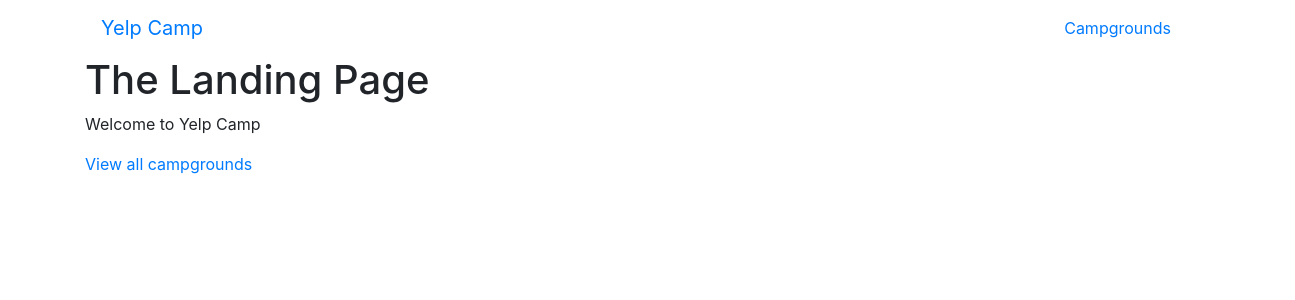
Repository: jbell0385/sandbox
Page: http://localhost/
The author's editor kept a record of every edit. The page is drawn from the files as they stood at one moment, then again after the next edit.
The browser window is 1280 px wide. The page is 1280 px wide, then 1295 px, so the pictures cover 1295 px, including what lies to the right of the window. The pictures show the whole page.
The page is served by the project's Node server (YelpCamp/v1/app.js).

Above is the page before.

### webdevbootcamp/workspace/YelpCamp/v1/views/landing.ejs
<%include partials/header%>


    <div class="row">
        <div class="col">
            <h1>The Landing Page</h1>

            <p>Welcome to Yelp Camp</p>

            <a href="/campgrounds">View all campgrounds</a>
        </div>
    </div>

<% include partials/footer %>

### webdevbootcamp/workspace/YelpCamp/v1/views/partials/header.ejs
<!DOCTYPE html>
<html>
    <head>
        <title>YelpCamp</title>
        <link rel="stylesheet" href="https://maxcdn.bootstrapcdn.com/bootstrap/4.0.0/css/bootstrap.min.css" integrity="sha384-Gn5384xqQ1aoWXA+058RXPxPg6fy4IWvTNh0E263XmFcJlSAwiGgFAW/dAiS6JXm" crossorigin="anonymous">
    </head>
    <body>
    <div class="container">
        <nav class="navbar navbar-expand-lg">
            <a class="navbar-brand" href="/">Yelp Camp</a>
            <button class="navbar-toggler" type="button" data-toggle="collapse" data-target="#navbarSupportContent" aria-controls="navbarSupportContent" aria-expanded = "false" aria-label="Toggle navigation">
                <span class="navbar-toggler-icon"></span>
            </button>
            <div class="collapse navbar-collapse">
                <ul class="navbar-nav ml-auto">
                    <li class="nav-item">
                        <a class="nav-link" href="/campgrounds">Campgrounds</a>
                    </li>
                </ul>
            </div>
        </nav>

### webdevbootcamp/workspace/YelpCamp/v1/views/partials/footer.ejs

    </body>
</html>

### webdevbootcamp/workspace/YelpCamp/v1/app.js
var express = require("express");
var app = express();
var bodyParser = require("body-parser");

app.use(bodyParser.urlencoded({extended:true}))
app.set('view engine',"ejs");


var campgrounds = [
        {name:"Salmon Creek", image:"http://haulihuvila.com/wp-content/uploads/2012/09/hauli-huvila-campgrounds-lg.jpg"},
        {name:"Big Bear",image:"http://www.chippewalanding.com/images/sized%20280/campgrounds-campsite.jpg"},
        {name:"Little Bear",image:"https://www.fs.usda.gov/Internet/FSE_MEDIA/stelprdb5306226.jpg"}
    ]

app.get("/",(req,res)=>{
    res.render("landing");
})

app.get("/campgrounds", (req,res)=>{

    res.render("campgrounds",{campgrounds:campgrounds});
})

app.post("/campgrounds", (req,res)=>{
    //get data from form and add to campgrounds array
    var name = req.body.name;
    var image = req.body.image;
    var newCampground = {name:name, image:image};
    campgrounds.push(newCampground);
    //redirect back to campgrounds page
    res.redirect("/campgrounds");
})

app.get("/campgrounds/new",(req,res)=>{
    res.render("new.ejs");
})

app.listen(process.env.PORT, process.env.IP, function(){
    console.log("Yelp Camp Server has started");
})

After the next edit:
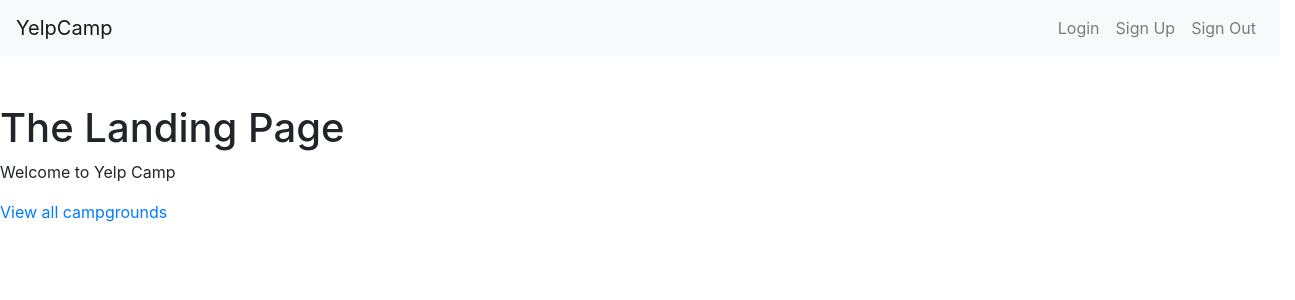
The edit:
--- a/webdevbootcamp/workspace/YelpCamp/v1/views/partials/header.ejs
+++ b/webdevbootcamp/workspace/YelpCamp/v1/views/partials/header.ejs
@@ -5,17 +5,22 @@
         <link rel="stylesheet" href="https://maxcdn.bootstrapcdn.com/bootstrap/4.0.0/css/bootstrap.min.css" integrity="sha384-Gn5384xqQ1aoWXA+058RXPxPg6fy4IWvTNh0E263XmFcJlSAwiGgFAW/dAiS6JXm" crossorigin="anonymous">
     </head>
     <body>
-    <div class="container">
-        <nav class="navbar navbar-expand-lg">
-            <a class="navbar-brand" href="/">Yelp Camp</a>
-            <button class="navbar-toggler" type="button" data-toggle="collapse" data-target="#navbarSupportContent" aria-controls="navbarSupportContent" aria-expanded = "false" aria-label="Toggle navigation">
-                <span class="navbar-toggler-icon"></span>
-            </button>
-            <div class="collapse navbar-collapse">
-                <ul class="navbar-nav ml-auto">
-                    <li class="nav-item">
-                        <a class="nav-link" href="/campgrounds">Campgrounds</a>
-                    </li>
-                </ul>
-            </div>
-        </nav>
+    <nav class="navbar navbar-expand-lg navbar-light bg-light mb-5">
+      <a class="navbar-brand" href="/">YelpCamp</a>
+      <button class="navbar-toggler" type="button" data-toggle="collapse" data-target="#navbarSupportedContent" aria-controls="navbarSupportedContent" aria-expanded="false" aria-label="Toggle navigation">
+        <span class="navbar-toggler-icon"></span>
+      </button>
+
+      <div class="collapse navbar-collapse" id="navbarSupportedContent">
+        <ul class="navbar-nav ml-auto">
+          <li class="nav-item">
+            <a class="nav-link" href="/">Login</a>
+          </li>
+          <li class="nav-item">
+            <a class="nav-link" href="/">Sign Up</a>
+          </li>
+          <li class="nav-item">
+            <a class="nav-link" href="/">Sign Out</a>
+          </li>
+      </div>
+    </nav>
